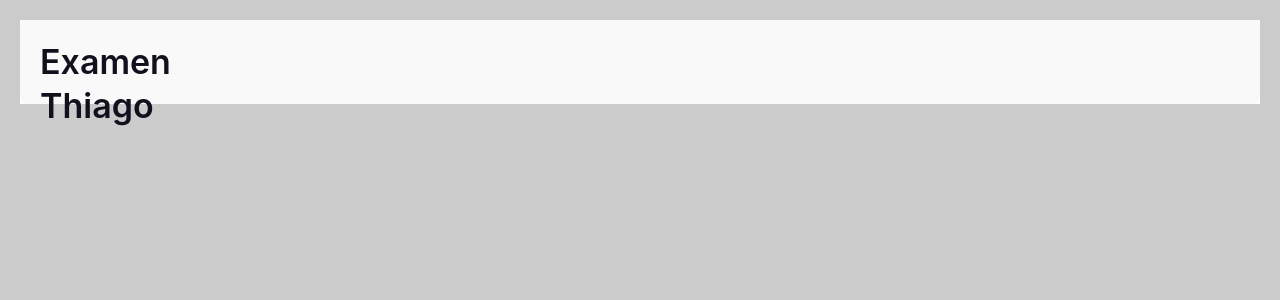
Repository: thiagobal1891-sudo/vue-ecommerce
Page: /#/thiago
The author's editor kept a copy of each file at every save. The page is drawn from the files as they stood at one save, then again after the next save.
The browser window is 1280 px wide. The pictures show the whole page.
The page's requests for data from a server got no answer. The project was rebuilt for these pictures with package versions that can differ from the ones it lists, and the page was loaded fresh each time. No one was signed in, and anything a server would have sent is missing. Also part of the build but not shown: vue.config.js, src/components/ProductList.vue, src/components/CollectionsVue.vue, src/components/BrandsVue.vue, src/pages/HomePage.vue, src/pages/ErrorPage.vue, src/pages/CategoryPage.vue, src/pages/MyCartPage.vue and 7 more.

Above is the page before, as saved 2025-09-22 14:32:14.

### public/index.html
<!DOCTYPE html>
<html lang="en">
  <head>
    <meta charset="utf-8" />
    <title>Mi App Vue</title>
  </head>
  <body>
    <div id="app"></div>
    <!-- Vue montará la app aquí -->
  </body>
</html>

### src/App.vue
<template>
  <div class="app">

    <NavegadorVue v-if="$route.path !== '/thiago'" />

    <router-view />


    <FooterVue v-if="$route.path !== '/thiago'" />
  </div>
</template>


<script>

import FooterVue from './components/FooterVue.vue';
import NavegadorVue from './components/NavegadorVue.vue';



export default {
  name: 'App',
  components: {
    FooterVue,
    NavegadorVue
  }
}
</script>

<style>
*{
  margin: 0px;
  padding: 0px;
}
@font-face {
  font-family: Janna LT;
  src: url("./assets/janna-lt-regular.ttf");
  font-weight: bold;
}
@import url('https://fonts.googleapis.com/css2?family=Inter:ital,opsz,wght@0,14..32,100..900;1,14..32,100..900&display=swap');



.root{
  --color-primario: #E61620
}

#app {

  font-family: Avenir, Helvetica, Arial, sans-serif;
  -webkit-font-smoothing: antialiased;
  -moz-osx-font-smoothing: grayscale;
  text-align: center;
  color: #2c3e50;
}
h1{
  background-color: var(--color-primario);
  font-family: "Janna LT";
  font-weight: 700;
}

* {
      box-sizing: border-box;
    }

    body {
      margin: 0;
      font-family: 'Arial', sans-serif;
      padding: 20px;
      background-color: rgb(203, 203, 203);
    }
    .app{
      max-width: 1280px;
      width: 100%;
      margin: auto;
      background-color: white;
    }
</style>

### src/pages/MyordersPage.vue
<template>
  <div class="grid_contenido">
    <SidebarVue @changePage="page = $event" class="layout" />
    <div class="contenido_orden">
      <PersonalInfo v-if="page === 1" />
      <OrdenesID v-else-if="page === 2" />
      <CheckoutVue v-else-if="page === 3" />
    </div>
  </div>
</template>


<script>
import SidebarVue from "../components/SidebarVue.vue"
import PersonalInfo from "../components/PersonalInfo.vue"
import CheckoutVue from "../components/CheckoutVue.vue"
import OrdenesID from "@/components/OrdenesID.vue"

export default {
  components: { SidebarVue, PersonalInfo, CheckoutVue, OrdenesID },
  data() {
    return {
      page: 1
    }
  }
}
</script>

<style>

*{
  box-sizing: border-box;
  margin: 0;
  padding: 0;
}
.grid_contenido {
  display: grid;
  gap: 60px;
  grid-template-columns: 1fr;
  grid-template-areas:
    "layout"
    "contenido_orden";
}

.layout {
  grid-area: layout;
}

.contenido_orden {
  grid-area: contenido_orden;
}

@media (min-width: 600px) {
  .grid_contenido {
    grid-template-columns: 200px auto;
    grid-template-areas: "layout contenido_orden";
  }
}

@media (min-width: 900px) {
  .grid_contenido {
    grid-template-columns: 250px auto;
  }
}


</style>

### src/pages/ThiagoPage.vue
<template>
    <div>
    <ThiagoVue />
    </div>
</template>

<script>
import ThiagoVue from '@/components/ThiagoVue.vue';

export default {
    name: 'ThiagoPage',
    components: {
    ThiagoVue
    },
    data(){
    return{

    }
    }
    }
</script>

### src/components/FooterVue.vue

<template>
  <footer class="footer">

    <div class="footer-content desktop-footer">
      <div class="footer-columns">
        <div class="column">
          <h3>Shop by Category</h3>
          <ul>
            <li>Skincare</li>
            <li>Personal Care</li>
            <li>Handbags</li>
            <li>Apparels</li>
            <li>Watches</li>
            <li>Eye Wear</li>
            <li>Jewellery</li>
          </ul>
        </div>

        <div class="column">
          <h3>About</h3>
          <ul>
            <li>Contact Us</li>
            <li>About Us</li>
            <li>Careers</li>
            <li>Press</li>
          </ul>
        </div>

        <div class="column">
          <h3>Policy</h3>
          <ul>
            <li>Return Policy</li>
            <li>Terms of Use</li>
            <li>Sitemap</li>
            <li>Security</li>
            <li>Privacy</li>
            <li>EPR Compliance</li>
          </ul>
        </div>
      </div>

       <hr />

      <div class="footer-right">

        <div class="social-icons">
          <img src="../assets/redeslogo.png" alt="social-media">
          <i class="fab fa-facebook"></i>
          <i class="fab fa-instagram"></i>
          <i class="fab fa-twitter"></i>
          <i class="fab fa-youtube"></i>
        </div>

        <div class="location">
          <i class="fas fa-map-marker-alt"></i>
          <img src="../assets/location.png" alt="">
          United States
        </div>

        <div class="copyright">
          © 2021 | Cora Leviene All Rights Reserved
        </div>
      </div>
    </div>

  </footer>
</template>
<script>
export default {
  name: 'FooterVue',
  data() {
    return {

    };
  }
}
</script>




<style scoped>

.copyright {
  display: flex;
  text-align: left;
  color: #B6B6B6;
}

.footer-columns {
  display: flex;
  text-align: left;
}

.footer {
  background-color: #194b63;
  color: #c0d9dd;
  font-family: 'Inter', sans-serif;
  padding: 40px 24px;
  width: 100%;

}


.desktop-footer {
  display: flex;
  justify-content: space-between;
  flex-wrap: wrap;
}

.footer-columns {
  display: flex;
  gap: 48px;
}

.column h3 {
  color: #ffffff;
  margin-bottom: 10px;
  font-size: 17px;
}

.column ul {
  list-style: none;
  padding: 0;
  margin: 0;
}

.column li {
  margin-bottom: 8px;
  font-size: 15px;
}

.footer-right {
  display: flex;
  flex-direction: column;
  align-items: flex-end;
  gap: 12px;
  text-align: right;
}

.social-icons {
  display: flex;
  font-size: 20px;
}

.location {
  display: flex;
  align-items: center;
  gap: 6px;
  font-family: Inter;
  font-weight: 500;
  font-size: 14px;
  line-height: 18px;
  letter-spacing: 0%;
  color: #ffff;
}



.footer-section {
  margin-bottom: 24px;
}

.footer-section h3 {
  color: #ffffff;
  font-size: 16px;
  margin-bottom: 10px;
}

.footer-section ul {
  list-style: none;
  padding: 0;
  margin: 0;
}

.footer-section li {
  margin-bottom: 7px;
  font-size: 14px;
}

.inline-links {
  display: flex;
  flex-wrap: wrap;
  gap: 6px;
  font-size: 14px;
}
@media screen and (max-width: 768px) {
 hr {
  position: relative;
  right: 24px;
  width: 100vw;
  border: none;
  border-top: 1px solid #4d6e80;
  margin: 24px 0;
}
}
.footer-columns {
  flex-direction: column;
}
.footer-right{
  align-items: flex-start;
}
@media  screen and (min-width: 768px) {
  hr {
    display: none;
  }
}
@media (max-width: 400px) {
  .text {
    font-size: 14px;
  }
}
</style>

### src/components/NavegadorVue.vue
<template>
  <link rel="preconnect" href="https://fonts.googleapis.com">
  <link rel="preconnect" href="https://fonts.gstatic.com" crossorigin>
  <link href="https://fonts.googleapis.com/css2?family=Inter:ital,opsz,wght@0,14..32,100..900;1,14..32,100..900&display=swap" rel="stylesheet">

  <!-- BARRA DESKTOP -->
  <header class="NavegadorVue desktop-only">
    <div>
      <img id="logo" src="./../assets/logo.png" alt="Icon">
      <nav class="NavegadorVue__categories">
        <p>Handbags</p>
        <p>Watches</p>
        <p>Skincare</p>
        <p>Jewellery</p>
        <p>Apparels</p>
      </nav>
    </div>
    <div class="search-container">
      <input class="search" type="text" v-model="busqueda" placeholder="Buscar producto..." />
      <img class="search-icon" src="./../assets/search.png" alt="buscar">
      <div class="icons">
        <router-link to="/mycart">
          <img src="./../assets/icons.png" alt="icons">
          {{ count.quantity }}
        </router-link>

      </div>
    </div>
  </header>

  <header class="NavegadorVue-mobile-only">
    <nav class="nav-mobile">
  <div class="nav-left">
    <img src="./../assets/leading-icon.png" alt="menu">
    <p>Home</p>
  </div>
  <div class="nav-right">
    <img src="./../assets/trailing-icon.png" alt="icons-mobile">

  </div>
</nav>
  </header>

  <div class="text-header">
    <p>
      We are currently experiencing local customs clearance delays.
      For the latest updates, please check your order status
      <a href="./">here</a>
    </p>
  </div>
</template>

<script>

import { useCartStore } from '@/stores/cart';

export default {
  name: 'NavegadorVue',
  data() {
    return {
      busqueda: '',
      count: useCartStore()
    };
  }
};
</script>

<style>

@media screen and (max-width: 768px) {
  body {
    padding-top: 80px !important;
  }
}
.NavegadorVue {
  width: 100%;
  height: 80px;
  display: flex;
  align-items: center;
  justify-content: space-between;
  position: fixed;
  top: 0;
  left: 0;

  z-index: 1000;
  background: white;
}


.desktop-only {
  display: flex;
}
.nav-mobile p {
  width: 57px;
  height: 26px;
  opacity: 1;
  font-family: Inter;
  font-weight: 600;
  font-size: 20px;
  line-height: 26px;
  letter-spacing: 0%;
  vertical-align: middle;
  color: rgba(27, 75, 102, 1);
;

}
.nav-mobile {
  display: flex;
  justify-content: space-between;
  align-items: center;
  padding: 0 16px;
  height: 60px;
  width: 100%;
  position: fixed;
  top: 0;
  left: 0;
  background: white;
  z-index: 1000;
  margin-top: 20px;
}

.nav-left {
  display: flex;
  align-items: center;
  gap: 20px;
}

.nav-right {
  display: flex;
  align-items: center;
  margin-right: 20px;
}

.NavegadorVue-mobile-only {
  display: none !important;
}

@media screen and (max-width: 768px) {
  .desktop-only {
    display: none !important;
  }
}
@media screen and (max-width: 768px) {
  .text-header {
    display: none !important;
  }
}
  .mobile-only {
    display: flex !important;
    height: 60px;
    justify-content: space-between;
    align-items: center;
    padding: 0 16px;
    background-color: white;
    z-index: 1000;
  }
@media screen and (max-width: 768px) {
  .NavegadorVue-mobile-only {
    display: flex !important;
  }
}
.NavegadorVue div {
  display: flex;
  justify-content: space-around;
  align-items: center;
  gap: 30px;
}
.NavegadorVue {
  position: relative;
  width: 100%;
  height: 80px;
  display: flex;
  align-items: center;
  margin-inline: 10px;
  justify-content: space-between;

}
.NavegadorVue header{

  display: flex;
  position: fixed;
  top: 0;
  left: 0;
  width: 100%;
  z-index: 1000;

}
.search-container  {
  display: inline-flex;
  align-items: center;
  position: relative;
  margin-right: inherit;

}
.search-container input {
  width: 500px;
  height: 44px;


}

#logo {
width: 108px;
height: 22px;
top: 29px;
left: 20px;


}
.NavegadorVue__categories {
  display: flex;
  width: 391;
  height: 18;
  top: 31px;
  left: 160px;
  gap: 20px;
  font-weight: bold;

}

.search-container {
  position: relative;
  width: 500px;
  height: 44px;
}

.search {
  width: 100%;
  height: 100%;
  border-radius: 4px;
  background: #F1F1F1;
  border: none;
  padding-left: 40px; /* espacio para el ícono */
  font-size: 14px;
}

.search-icon {
  position: absolute;
  top: 10px;
  left: 10px;
  width: 24px;
  height: 24px;
  pointer-events: none;
}
#icons {
  width: 114px;
height: 24px;
top: 28px;
left: 1148px;
}
.text-header {

  position: relative;

  width: 100%;
  height: 50px;

  font-family: "Inter", sans-serif;
  font-style: normal;
  font-weight: 400;
  font-size: 14px;
  line-height: 18px;

  display: flex;
  align-items: center;
  text-align: center;
  justify-content: center;

  color: #171520;
  background-color: #F1F1F1;
}


.text-header a {
  color: darkblue;


}

</style>

### src/components/BannerFooter.vue
<template>
<div class="banner-grid">

    <div class="lifestyle-card">
      <h2>LIFESTYLE</h2>
      <h1>Makeup Accessories<br>from Top Brands</h1>
    </div>



      <div class="card skincare">
        <h3>Skincare<br>Essentials</h3>
        <div class="arrow">→</div>
      </div>

      <div class="card facepacks">
        <h4>Facepacks<br>& Peels</h4>
        <div class="arrow">→</div>
      </div>

  </div>

</template>

<script>

export default {
  name: 'BannerFooter',
  components: {

  },
  data() {
    return {
    }
  }
}

</script>

<style>
    * {
      box-sizing: border-box;
    }

    body {
      margin: auto;
      font-family: 'Arial', sans-serif;
      padding: 20px;
    }

    .banner-grid {
      display: grid;
          grid-template:
                  "lifeStyle lifeStyle" 400px

                  "skincare   facepacks"  228px

                  /1fr    1fr    ;
      gap: 20px;
      max-width: 1200px;
      margin: 10px 30px;
    }

    .card:hover,
    .lifestyle-card:hover {
  filter: brightness(0.8);
  transform: scale(1.05);
  transition: filter 0.3s ease;
  cursor: pointer;
}

    .lifestyle-card {
      background-image: url('https://images.unsplash.com/photo-1526045478516-99145907023c?auto=format&fit=crop&w=1200&q=80');
      background-size: cover;
      background-position: center;
      border-radius: 20px;
      padding: 60px 40px;
      display: flex;
      flex-direction: column;
      justify-content: center;
      grid-area: lifeStyle;
    }

    .lifestyle-card h2 {
  width: 154px;
  height: 20px;
  left: 59px;
  top: 1999px;
  font-family: 'Inter', sans-serif;
  font-style: normal;
  font-weight: 400;
  font-size: 30px;
  line-height: 20px;
  display: flex;
  align-items: center;
  color: #97451F;


    }

    .lifestyle-card h1 {
  width: 618px;
  height: 136px;
  left: 59px;
  top: 2038px;
  font-family: 'Inter', sans-serif;
  font-style: normal;
  font-weight: 700;
  font-size: 52px;
  line-height: 68px;
  display: flex;
  align-items: center;
  color: #97451F;


    }


    .card {
      border-radius: 20px;
      padding: 30px;
      color: #fff;
      background-size: cover;
      background-position: center;
      position: relative;
      min-height: 200px;
      display: flex;
      align-items: center;
      justify-content: flex-start;
    }



    .card h3 {
  width: 309px;
  height: 104px;
  font-family: 'Inter', sans-serif;
  font-weight: 700;
  font-size: 40px;
  text-align: right;
  color: #A53F64;
        position: absolute;
      right: 30px;
    }

.card h4 {
  width: 232px;
  height: 104px;
  font-family: 'Inter',sans-serif;
  font-weight: 700;
  font-size: 40px;
  text-align: right;
  color: #1B4B66;
        position: absolute;
      right: 30px;
}

    .card .arrow {
      position: absolute;
      bottom: 20px;
      right: 20px;
      background: rgba(255, 255, 255, 0.9);
      border-radius: 50%;
      padding: 10px;
      font-size: 20px;
      color: #000;
      z-index: 2;
    }

    .card .arrow:hover {
    transform: scale(1.2);
    transition: 0.5s;
}

    .skincare {
      background-image: url('https://media-cldnry.s-nbcnews.com/image/upload/t_fit-1000w,f_avif,q_auto:eco,dpr_2/rockcms/2024-01/240117-staff-skin-care-routines-social-2c85d8.jpg');
      grid-area: skincare;
    }

    .facepacks {
      background-image: url('https://shipcartecommerce.com/cdn/shop/collections/877f03da31ad8bb130dde99698f7d3ec.jpg?v=1748635689');
      grid-area: facepacks;
    }

    @media (max-width: 768px) {
      .lifestyle-card h1 {
        font-size: 28px;
      }

      .card h3 {
        font-size: 20px;
      }

      .card h4 {
        font-size: 20px;
      }
    }
</style>

### src/components/PageCarrito.vue
<template>
  <div class="page">
      <div class="head_cart">
    <a href="#">Home</a>
    <span>›</span>
    <span>my cart</span>

  </div>
  <h2 class="titulo_cart">My cart</h2>
    <div class="carrito">
      <div class="items">
        <div class="item" v-for="producto in productos.cart" :key="producto.id">
          <img :src="producto.image" alt="" />
          <div class="info">
            <b>{{ producto.category }}</b>
            {{ producto.title }}<br />
            <input
              type="number"
              min="1"
              v-model.number="producto.quantity"
              @change="productos.modificarCantidad(producto.id, producto.quantity)"
            />
            {{ producto.quantity }}<br />
            <a href="#" class="move">Move to Wishlist</a>
            <button class="remove" @click="productos.quitar(producto.id)">Remove</button>
          </div>

          <div class="rightCols">
            <div class="pricecarrito">${{ producto.price.toFixed(2) }}</div>
            <div class="cantidad">{{ producto.quantity }}</div>
            <div class="subtotal">${{ (producto.price * producto.quantity).toFixed(2) }}</div>
          </div>
        </div>
      </div>

      <div class="total">
        <h3>Order Summary</h3>
        <div class="line"><span>Sub Total</span><span>$119.69</span></div>
        <div class="line"><span>Discount</span><span>-$13.40</span></div>
        <div class="line"><span>Delivery Fee</span><span>$0.00</span></div>
        <div class="line grand"><span>Grand Total</span><span>$106.29</span></div>

        <div class="buttons">
          <button class="place">Place Order</button>
          <button class="continue">Continue Shopping</button>
        </div>
      </div>

      <div class="cupones">
        <label class="cupon-texto">Apply Coupon Code</label>
        <div class="cupon-box">
          <input type="text" placeholder="Apply Coupon Code" />
          <button>CHECK</button>
        </div>
      </div>
    </div>
  </div>
</template>

<script>
import { useCartStore } from '@/stores/cart'

export default {
  name: 'PageCarrito',
  data() {
    return {
      productos: useCartStore()
    }
  }
}
</script>

<style>
* { box-sizing: border-box;
  margin: 0;
  padding: 20; }

.page {
  padding: 20px;
}
.carrito {
  display: grid;
  gap: 24px;
  grid-template-columns: 1fr;
  grid-template-areas:
    "items"
    "total"
    "cupones";
  max-width: 1120px;
  margin: 24px auto;
  width: 100%;
  align-items: start;
}




.items { grid-area: items; }
.total { grid-area: total; align-self: start; }
.cupones { grid-area: cupones; align-self: start; }

.head_cart a {
  font-family: 'Inter', sans-serif;
  font-weight: 500;
  font-size: 16px;
  color: #1B4B66;
  border-color: white;
}

.head_cart span {
  margin: 0 5px;
  font-family: 'Inter', sans-serif;
  font-weight: 500;
  font-size: 16px;
  color: #626262;
}

.head_cart {
  text-align: left;
  bottom: 80px;
}





.item {
  display: flex;
  gap: 16px;
  border-bottom: 1px solid #e0e0e0;
  padding: 12px 0;
  align-items: center;
}

.item img {
  width: 80px;
  height: 80px;
  object-fit: cover;
  border-radius: 6px;
}


.info {
  flex: 1;
  color: #626262;
}
.info b { display: block; margin-bottom: 6px; color: #171520; }
.info .move { margin-right: 10px; font-size: 14px; color: #1B4B66; text-decoration: none; }
.info .remove { background: none; border: none; color: #B00020; cursor: pointer; }


.rightCols {
  display: flex;
  gap: 20px;
  align-items: center;
  justify-content: flex-end;
  min-width: 220px;
  flex-shrink: 0;
}

.pricecarrito, .cantidad, .subtotal {
  width: 80px;
  text-align: right;
  color: #171520;
}


.titulo_cart {
  text-align: left;
  width: 132px;
  font-family: 'Inter';
  font-style: normal;
  font-weight: 600;
  font-size: 34px;
  color: #1B4B66;
  margin: 20px auto 10px 0;
}

.total h3 {
  margin: 0 0 10px 0;
  padding-bottom: 8px;
  border-bottom: 1px solid #ccc;
  color: #171520;
}
.total .line {
  display: flex;
  justify-content: space-between;
  margin: 8px 0;
  color: #171520;
}
.total .grand { font-weight: 700; }

.buttons {
  margin-top: 18px;
  display: flex;
  gap: 14px;
}
.buttons button { padding: 10px 14px; border-radius: 6px; cursor: pointer; }
.place { background: #1B4B66; color: white; border: none; }
.continue { background: white; color: #1B4B66; border: 2px solid #1B4B66; }


.cupones { padding: 12px;
  width: 580px;;
}
.cupon-texto {
  margin-bottom: 8px;
  font-weight: 500;
  color: #171520;
  border-bottom: 1px solid #ccc;
  }
.cupon-box {
  display: flex;
  align-items: center;
  background: #f2f2f2;
  border-radius: 5px;
  max-width: 400px;
  overflow: hidden;
}
.cupon-box input { border: none; background: transparent; padding: 12px; flex: 1; outline: none; }
.cupon-box button { background: transparent; border: none; font-weight: 700; padding: 12px 16px; cursor: pointer; }

@media (min-width: 1100px) {
  .carrito {
    grid-template-columns: 1fr 360px;
    grid-template-areas:
      "items total"
      "cupones cupones";
  }
}

@media (max-width: 950px) {
  .carrito,
  .items,
  .total,
  .cupones {
    max-width: 212px;
    width: 100%;
    margin: 0 auto;
  }

    .item {
    max-width: 212px;
    width: 100%;
    margin: 0 auto;
    flex-wrap: wrap;
  }
}
</style>

### src/components/ThiagoVue.vue
<template>
  <div class="contenedor">
    <h2>Examen Thiago</h2>
    <ul class="todo-list">
  <li
  v-for="todo in todos"
  :key="todo.id"
  :class="{ completed: todo.completed }">
  <span><strong>{{ todo.id }}</strong> - {{ todo.title }}</span>
  <span class="status">
    {{ todo.completed ? "✔ Completada" : "⏳ Pendiente" }}
  </span>
  </li>
    </ul>
  </div>
</template>

<script>
export default {
  name: "ExamenThiago",
  data() {
    return {
      todos: []
    }
  },
  mounted() {
    fetch("https://jsonplaceholder.typicode.com/todos")
      .then(res => res.json())
      .then(data => {
        this.todos = data
      })
  }
}
</script>

<style>
.contenedor {
  padding: 20px;
  background: #f9f9f9;
  border-radius: 6px;
  font-family: Arial, sans-serif;
}

.todo-list {
  list-style: none;
  padding: 0;
}

.todo-list li {
  display: flex;
  justify-content: space-between;
  align-items: center;
  padding: 10px;
  margin-bottom: 6px;
  border-radius: 5px;
  background: #ffe0e0;
}

.todo-list li.completed {
  background: #d4ffd4;
}

.status {
  font-size: 12px;
  padding: 3px 8px;
  border-radius: 4px;
  background: #555;
  color: #fff;
}
</style>

Loaded but not shown: src/stores/cart.js (85 lines, source omitted); src/main.js (47 lines, source omitted); src/components/ProductPageVue.vue (601 lines, source omitted)

After the next save:
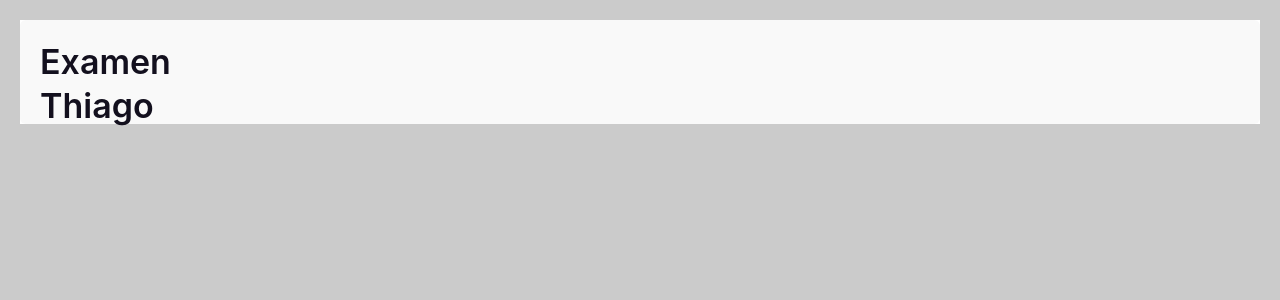
Saved 82 s later.
--- a/src/components/ThiagoVue.vue
+++ b/src/components/ThiagoVue.vue
@@ -42,6 +42,17 @@
 }
 
 .todo-list {
+  text-align: left;
+  width: 132px;
+  font-family: 'Inter';
+  font-style: normal;
+  font-weight: 600;
+  font-size: 34px;
+  color: #1B4B66;
+  margin: 20px auto 10px 0;;
+}
+
+.todo-list {
   list-style: none;
   padding: 0;
 }

After the save that followed:
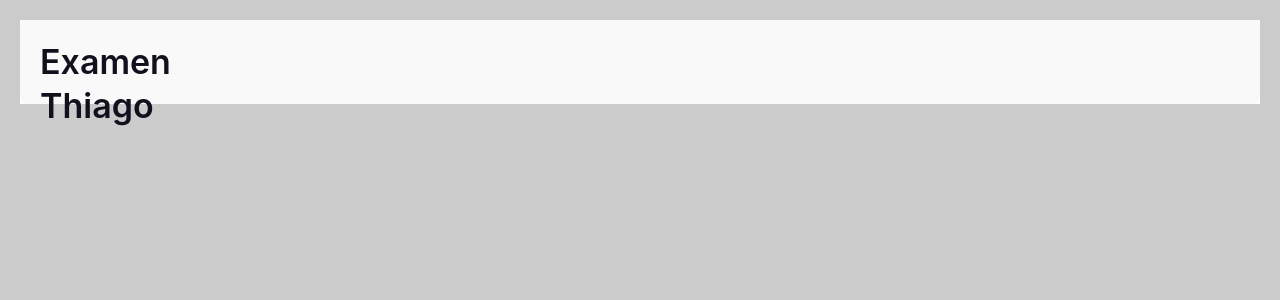
Saved 9 s later.
--- a/src/components/ThiagoVue.vue
+++ b/src/components/ThiagoVue.vue
@@ -41,7 +41,7 @@
   font-family: Arial, sans-serif;
 }
 
-.todo-list {
+.h2 {
   text-align: left;
   width: 132px;
   font-family: 'Inter';
